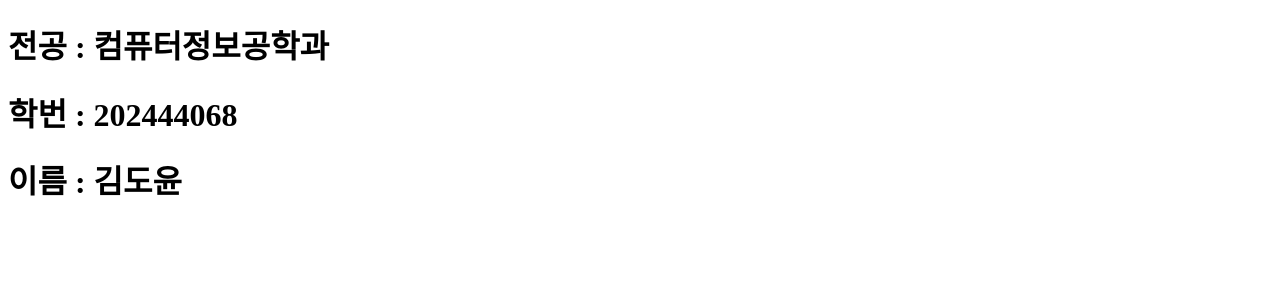
Repository: douni05/2025_JSP
Page: week1/src/main/webapp/202444068_김도윤.html
These files come from the project's save history. The page is drawn as it stood at one moment and after the next save; the edit follows.
The browser window is 1280 px wide. The pictures show the whole page.

Above is the page before, as saved 2025-08-28 03:50:21.

After the next save:
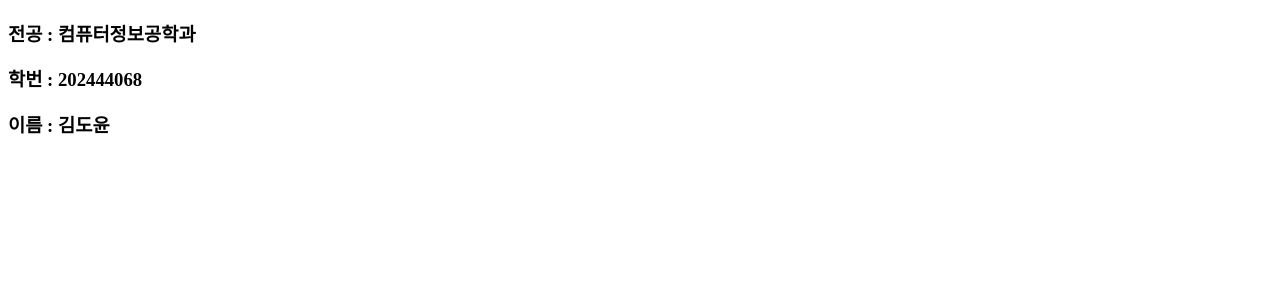
Saved 5 min 14 s later.
--- a/week1/src/main/webapp/202444068_김도윤.html
+++ b/week1/src/main/webapp/202444068_김도윤.html
@@ -5,8 +5,8 @@
 <title>Insert title here</title>
 </head>
 <body>
-	<h1>전공 : 컴퓨터정보공학과</h1>
-	<h1>학번 : 202444068</h1>
-	<h1>이름 : 김도윤</h1>
+	<h3>전공 : 컴퓨터정보공학과</h3>
+	<h3>학번 : 202444068</h3>
+	<h3>이름 : 김도윤</h3>
 </body>
 </html>
